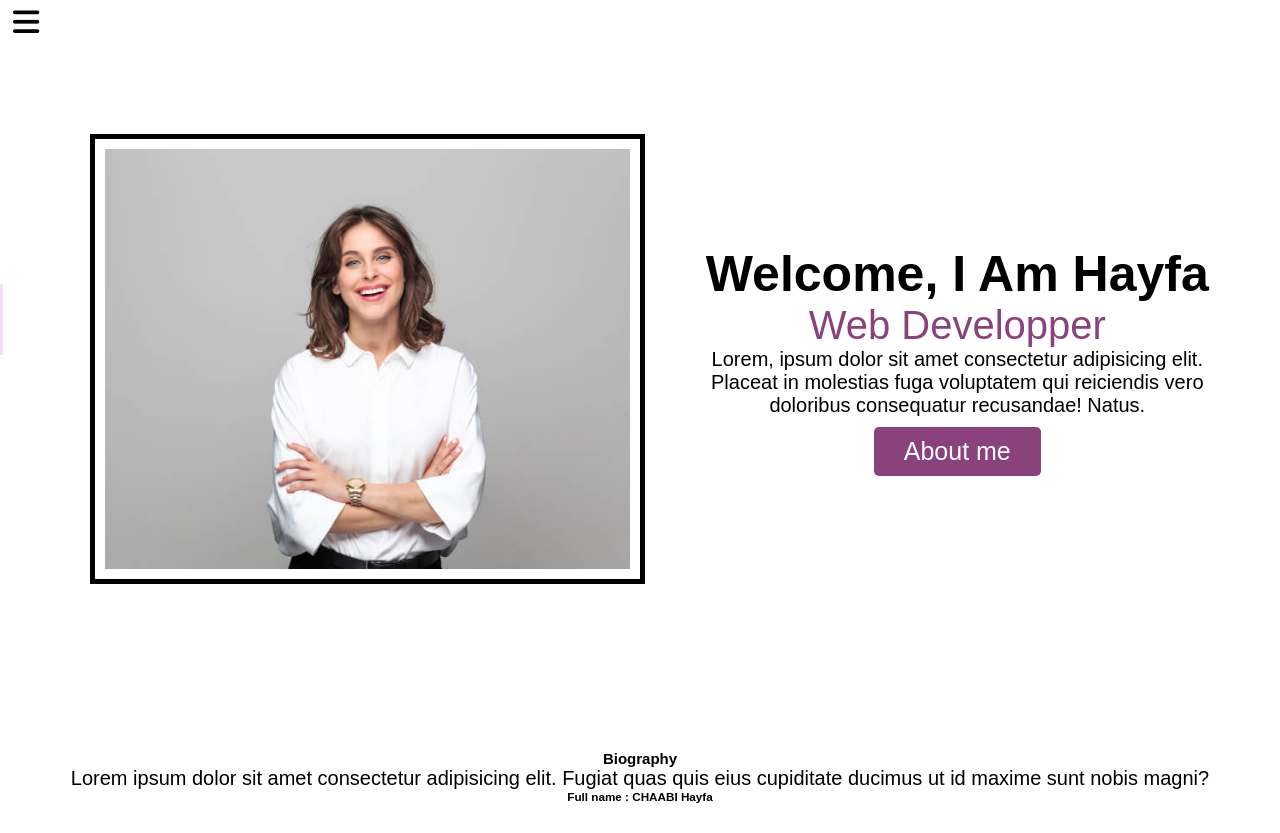
Repository: haifabilel/portfolio_project
Page: http://localhost/
These files come from the project's save history. The page is drawn as it stood at one moment and after the next save; the edit follows.
The browser window is 1280 px wide. The pictures show the whole page.
Some web fonts or font styles are not loaded; a fallback is used. The page is run by PHP 8.4 with error messages shown; the project is at /var/www/html/.

Above is the page before, as saved 2023-09-15 20:44:23.

### index.php
<!DOCTYPE html>
<html lang="fr">
<head>
    <meta charset="UTF-8">
    <meta name="viewport" content="width=device-width, initial-scale=1.0">
    <title>Portfolio</title>
    <!-- Font awesome cdn -->
    <link rel="stylesheet" href="https://cdnjs.cloudflare.com/ajax/libs/font-awesome/6.4.2/css/all.min.css">
    <!-- css link -->
    <link rel="stylesheet" href="css/style.css"
</head>
<body>
<!-- Header Section Starts -->
<header class="header">
<div id="menu-btn" class="fas fa-bars"></div>

    <a href="#home" class="logo">
       <img src="asset/logo.png" class="logo" alt="image-logo">
    </a>
<nav class="navbar">
    <a href="#home"class="active">Home</a>
    <a href="#about">About me</a>
    <a href="#portfolio">portfolio</a>
    <a href="#contact">Contact me</a>
</nav>
<div class="follow">
<a href="#" class="fab fa-facebook"></a>
<a href="#" class="fab fa-twitter"></a>
<a href="#" class="fab fa-instagram"></a>
<a href="#" class="fab fa-linkedin"></a>
<a href="#" class="fab fa-github"></a>
</div>
</header>

<!-- Header Section Ends -->
<!-- Home Section Starts -->
<section class="home" id="home">
    <div class="image">
        <img src="asset/photo-femme.jpg" alt="photo-femme" class="image-profil" >
    </div>
 <div class="content">
    <h1>Welcome, i am hayfa</h1>
    <span>Web Developper</span>
    <p>Lorem, ipsum dolor sit amet consectetur adipisicing elit. Placeat in molestias fuga voluptatem qui reiciendis vero doloribus consequatur recusandae! Natus.</p>
    <a href="#about" class="btn">About me</a>
 </div>
</section>
<!-- Home Section Ends -->
<!-- about Section Starts -->
<section class="about"  id="about">
    <h2>Biography</h2>
    <div class="biography">
        <p>Lorem ipsum dolor sit amet consectetur adipisicing elit.
             Fugiat quas quis eius cupiditate ducimus ut id maxime sunt nobis magni? </p>
    <h3>Full name : CHAABI Hayfa </h3>

    </div>




</section>




<!-- about Section Ends -->











<script src="js/script.js"></script>
</body>
</html>

### css/style.css
@import url('https://fonts.googleapis.com/css2?family=Crimson+Text:wght@400;600&family=EB+Garamond:wght@400;500;600&family=Lora:ital@1&family=Nanum+Myeongjo:wght@400;700;800&family=Poppins:ital,wght@1,200;1,300;1,400;1,500&display=swap');
:root{
    --black:#000;
    -white:#fff;
    --pink:#8e6787;
    --light-bg:#eccbe1;
    --border-bold:.4rem solid var(--pink);
    --box--shadow:7px 6px 5px 0px rgba(0,0,0,0.4);
}
*{
    font-family: 'EB Garamond', 'Arial',' sans-serif';
    margin: 0;
    padding:0;
    box-sizing: border-box;
    outline:none;
    border:none;
    text-decoration:none;

}
*{
    background-color: var(--white);

}
*::-webkit-scrollbar{
    height:.5rem;
    width:1rem;
   }
*::-webkit-scrollbar-track{
    background-color: transparent;
}
*::-webkit-scrollbar-thumb{
    background-color: var(--pink);
}
html{
    font-size:62.5%;
    overflow-x: hidden;
    scroll-behavior: smooth;
}
section{
    padding:3rem 2rem;
    margin:0 auto;
    max-width:1200px;
    text-align: center;

}
body{
 overflow: hidden;
 transition:.2s linear !important;
 text-align: center;
}
body.active{
  padding-left:35rem;
}

/* <!-- Body Section Ends --> */
/* <!-- Header Section Starts --> */
.header{
    position:fixed;
    top:0;left:-35rem;
    height:100vh;
    background-color:var(--white);
    border-right:var(--border-bold);
    width:35rem;
    padding:3rem 2rem;
    text-align:center;
    display: flex;
    align-items: center;
    justify-content: space-between;
    flex-flow: column;
    transition:.2s linear !important;
    text-align: center;
}
header .navbar{
    width: 100%;
    margin-top:-30px;

}
header .navbar a{
    text-decoration: none;
    font-size: 2.5rem;
    padding:1.5rem;
    margin:.3rem;
    display:block;
}
header .navbar a.active,
header .navbar a:hover{
 background-color: #f0aae46b;
 transform: scale(1.2);
}
.header .follow a{
    font-size:2.5rem;
    margin:0 1rem;
    color:#8a427d;
}
.header .follow a:hover{
    transform: scale(2.1);
}
#menu-btn{
   position: absolute;
   top:0; right:-5.5rem;
   height:4.5rem;
   line-height: 4.5rem;
   width:5rem;
   font-size: 3rem;
   cursor: pointer;
   color: var(--white);
}
.logo{
    margin-top: -30px;
    height: 190px;
}
header.active{
   left:0;
}
/* Header Section Ends */
 /* Home Section Starts  */
.home{
    display:flex;
    align-items: center;
    flex-wrap:wrap;
    gap:2rem;
    min-height: 100vh;
}
h1{
    font-size: 5rem;
    text-transform:capitalize;
}
 span{
    color:#8a427d;
    font-size: 4rem;

}
p{
    font-size: 2rem;
}
.home .image img{
    height:45rem;
    padding:1rem;
    margin:30px;
    border :5px solid black;

}
.home .image{
    flex:1 1 40rem;
}
.home .content{
    flex:1 1 40rem;
}
.btn{
    display: inline-block;
    margin-top:1rem ;
    cursor: pointer;
    padding:1rem 3rem;
    background-color: #8a427d;
    color:#fff;
    border-radius: 5px;
    font-size: 2.5rem;
}
.btn:hover{
    transform: scale(1.1);
    transition: 0.5s;;
}


 /* Home Section Ends */








/* media queries */
@media (max-widht:991px){
    html{
        font-size: 55%;
    }
    body .active{
        padding-left: 0;
    }
}

@media (max-widht:450px){
    html{
        font-size: 50%;
    }
    .header.active{
        padding-top:7rem;
    }
    #menu-btn.fa-times{
        right:0;
    }
    .home .image img{
     height:auto;
     width:100%;


    }
}

### js/script.js
let menu = document.querySelector('#menu-btn');
let header = document.querySelector('.header');

// Button toggle
menu.onclick = () =>{
   menu.classList.toggle('fa-times');
   header.classList.toggle('active');
   document.body.classList.toggle('active');
}

window.onscroll = () =>{
    if(window.innerWidth < 991){
        menu.classList.remove('fa-times');
        header.classList.remove('active') ;
        document.body.classList.remove('active');
    }
}

After the next save:
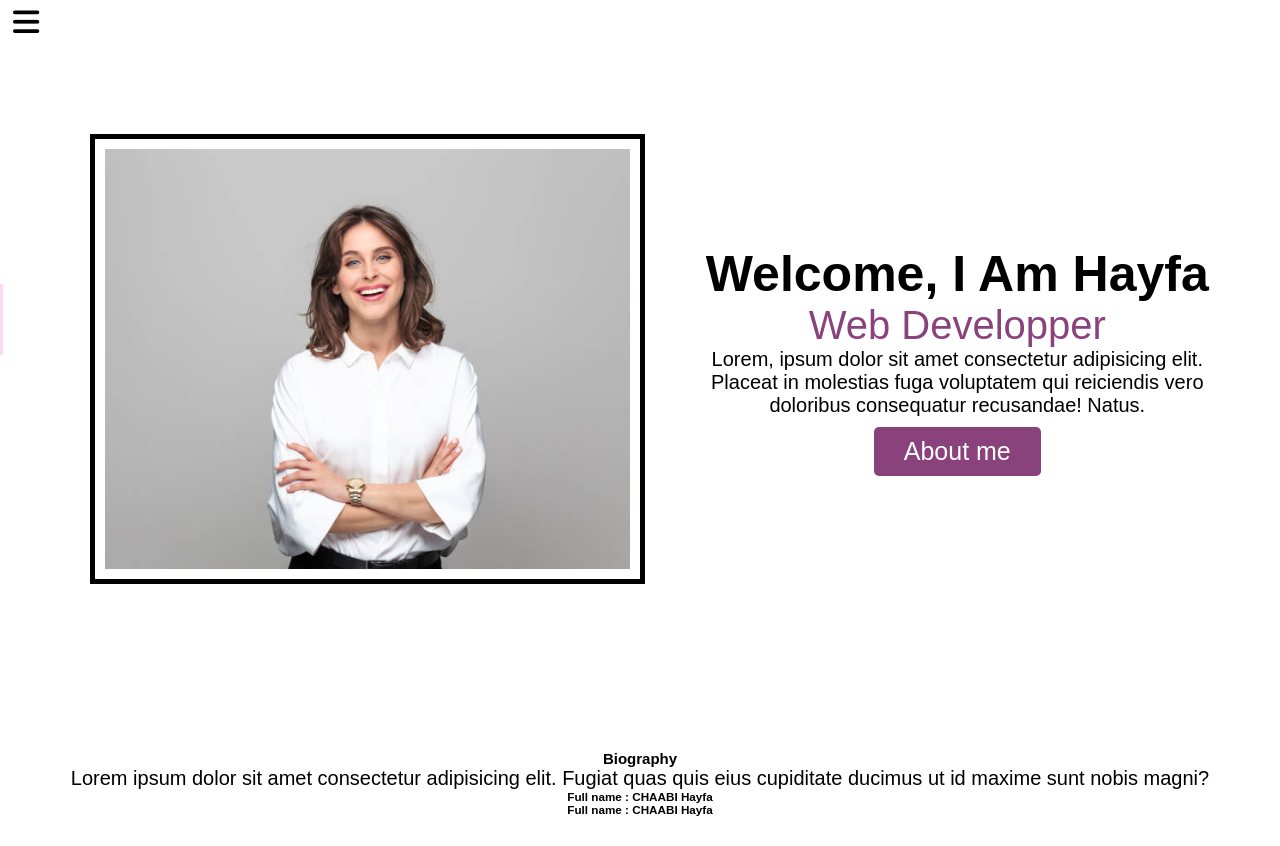
Saved 46 s later.
--- a/index.php
+++ b/index.php
@@ -53,6 +53,7 @@
         <p>Lorem ipsum dolor sit amet consectetur adipisicing elit.
              Fugiat quas quis eius cupiditate ducimus ut id maxime sunt nobis magni? </p>
     <h3>Full name : CHAABI Hayfa </h3>
+    <h3>Full name : CHAABI Hayfa </h3>
 
     </div>
 
